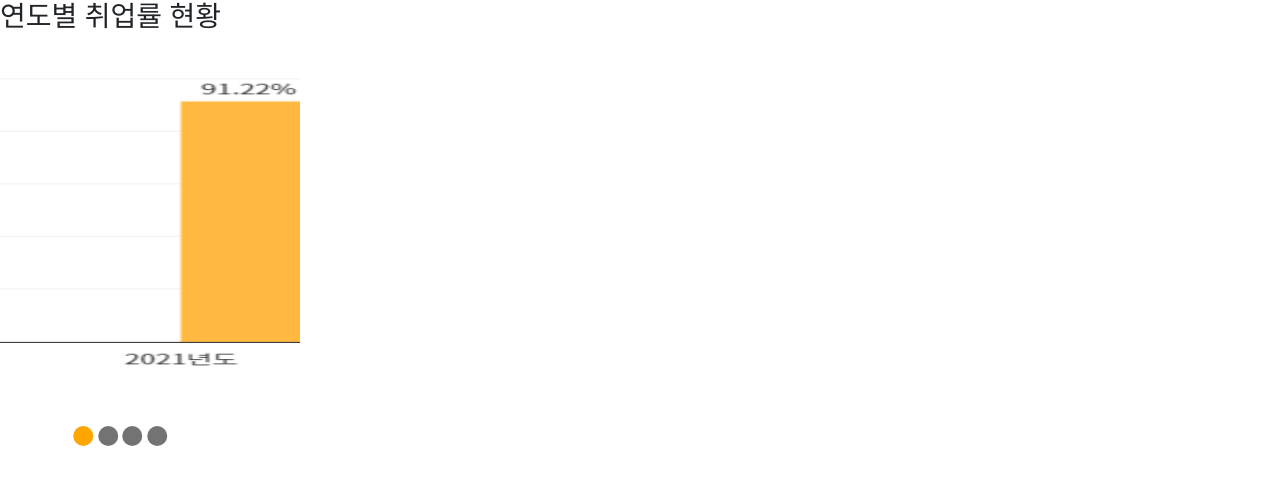
Repository: JavaJin96/kr.or.ddit.HighJava
Page: http://localhost/TeamProjectDCUM/work_psj/iframe_psj/getwork.jsp
The author's editor kept a copy of each file at every save. The page is drawn from the files as they stood at one save, then again after the next save.
The browser window is 1280 px wide. The pictures show the whole page.
The page is served by Tomcat 9.

Above is the page before, as saved 2022-02-16 01:14:33.

After the next save:
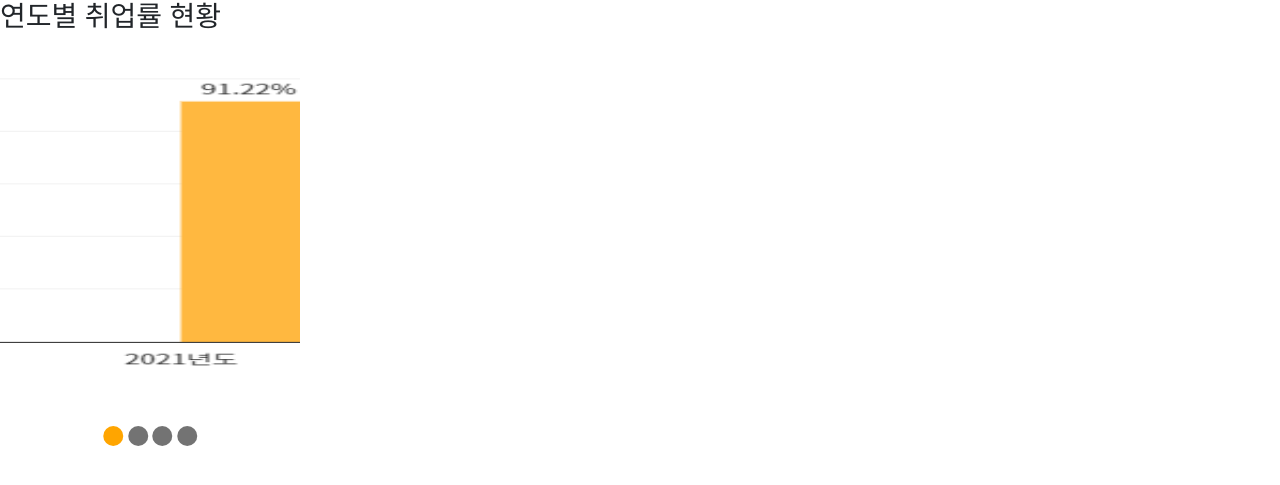
Saved 5 s later.
--- a/3.Highjava/workspace/TeamProjectDCUM/WebContent/work_psj/iframe_psj/getwork.jsp
+++ b/3.Highjava/workspace/TeamProjectDCUM/WebContent/work_psj/iframe_psj/getwork.jsp
@@ -44,7 +44,7 @@ ul.imgs li{
 
 .bullets{
     position: absolute;
-    left: 40%;
+    left: 50%;
     transform: translateX(-50%);
     bottom: 20px;
     z-index: 2;
